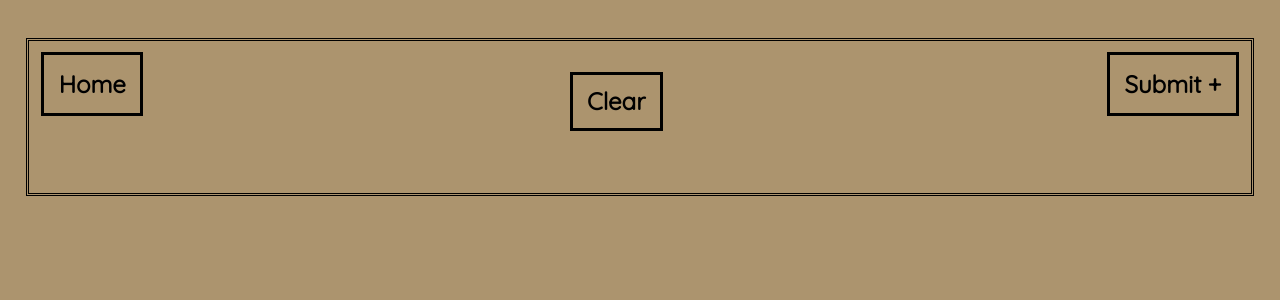
Repository: rickypcyt/ricky-react-portfolio
Page: /WebMural
An editor plug-in stored every save of this project. The page is shown before and after a run of saves, followed by the edit.
The browser window is 1280 px wide. The pictures show the whole page.
The project was rebuilt for these pictures with package versions that can differ from the ones it lists, and the page was loaded fresh each time. Also part of the build but not shown: src/Content.js, src/pages/Info.js, src/pages/Projects.js, src/pages/Contact.js, src/pages/NotesJS.js.

Above is the page before, as saved 2022-09-12 13:51:02.

After the next 5 saves:
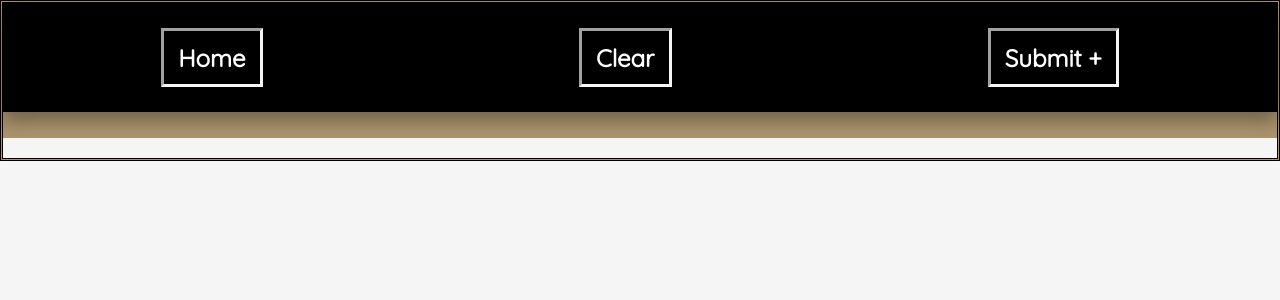
The 5 saves are shown as one change because 4 did not build or start.
The last was saved 23 min 42 s later.
--- a/src/index.js
+++ b/src/index.js
@@ -1,6 +1,7 @@
 import React from "react";
 import ReactDOM from "react-dom/client";
 import "./index.css";
+import "./csswebmural.css";
 import App from "./App";
 import reportWebVitals from "./reportWebVitals";
 import { BrowserRouter, Routes, Route, Switch } from "react-router-dom";
--- a/src/pages/WebMural.js
+++ b/src/pages/WebMural.js
@@ -30,12 +30,17 @@ const UploadAndDisplayImage = () => {
     <main>
       <nav className="cabeceranavi">
         <ol>
-          <CustomLink to="/" className="oli">
+          <a
+            href="https://google.com"
+            target="_blank"
+            rel="noopener noreferrer"
+            className="oli"
+          >
             Home
-          </CustomLink>
-          <div className="oli" onClick={() => handleImageChange(null)}>
+          </a>
+          <nav className="oli" onClick={() => handleImageChange(null)}>
             Clear
-          </div>
+          </nav>
           <label for="upload-button">
             <nav>
               <input
@@ -45,13 +50,13 @@ const UploadAndDisplayImage = () => {
                 accept="image/*"
                 onChange={handleImageChange}
               />
-              <a class="oli"> Submit + </a>
+              <div class="oli"> Submit + </div>
             </nav>
           </label>
         </ol>
       </nav>
       {selectedFiles && (
-        <div>
+        <div className="paddingimxd">
           <div class="image-container">{renderPhotos(selectedFiles)}</div>
         </div>
       )}

After the save that followed:
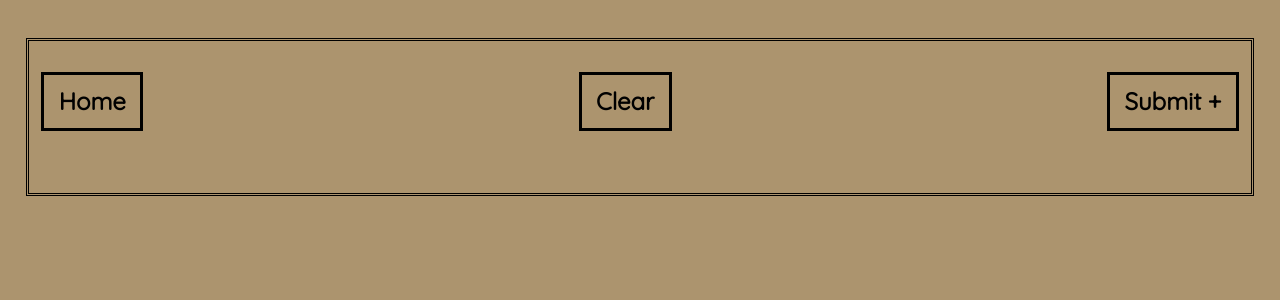
Saved 100 s later.
--- a/src/index.js
+++ b/src/index.js
@@ -1,7 +1,6 @@
 import React from "react";
 import ReactDOM from "react-dom/client";
 import "./index.css";
-import "./csswebmural.css";
 import App from "./App";
 import reportWebVitals from "./reportWebVitals";
 import { BrowserRouter, Routes, Route, Switch } from "react-router-dom";
